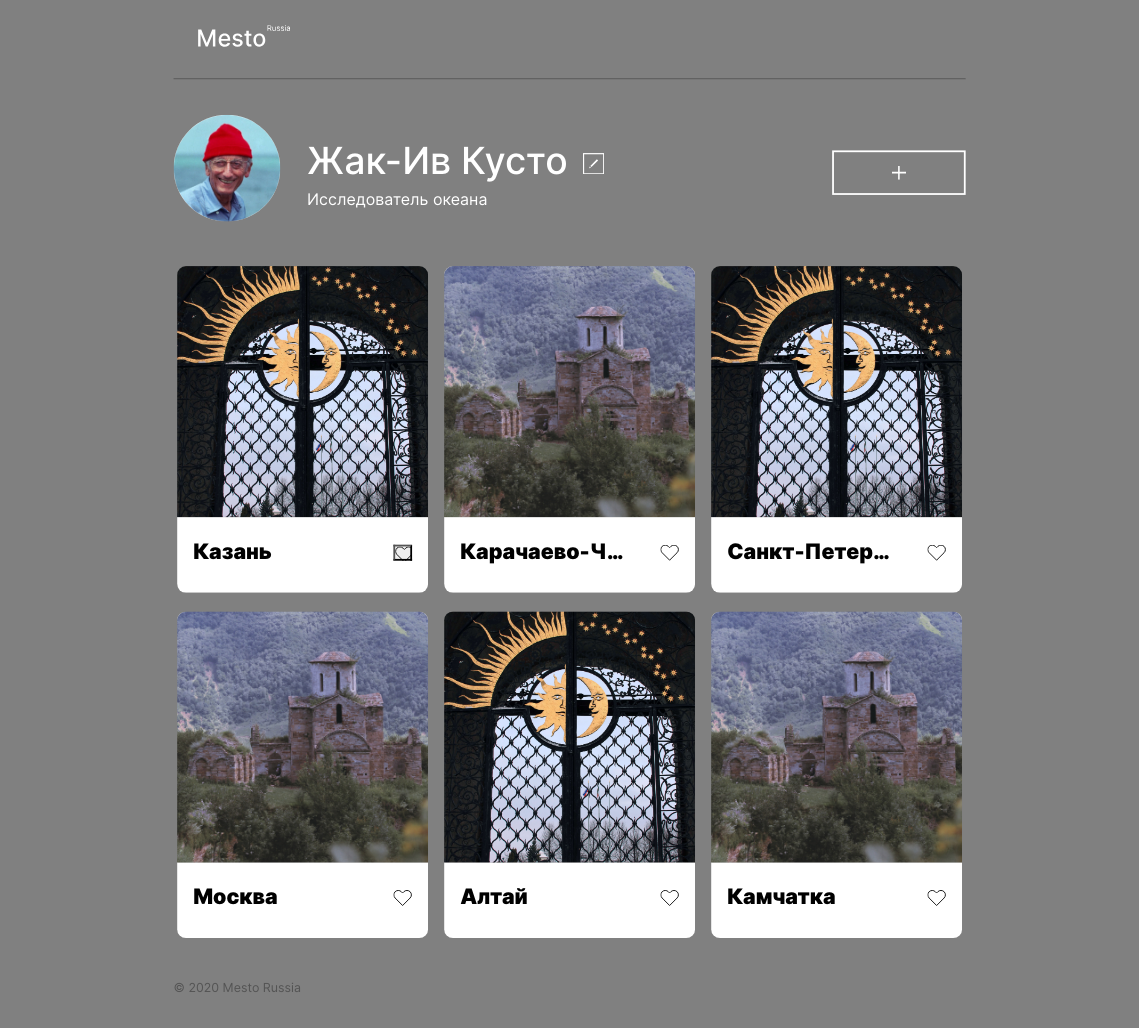
Repository: zajcevakaterina/mesto
Page: index.html
These files come from the project's save history. The page is drawn as it stood at one moment and after the next save; the edit follows.
The browser window is 1280 px wide. The pictures show the whole page, at 89% of full size.

Above is the page before, as saved 2020-05-07 14:16:14.

After the next save:
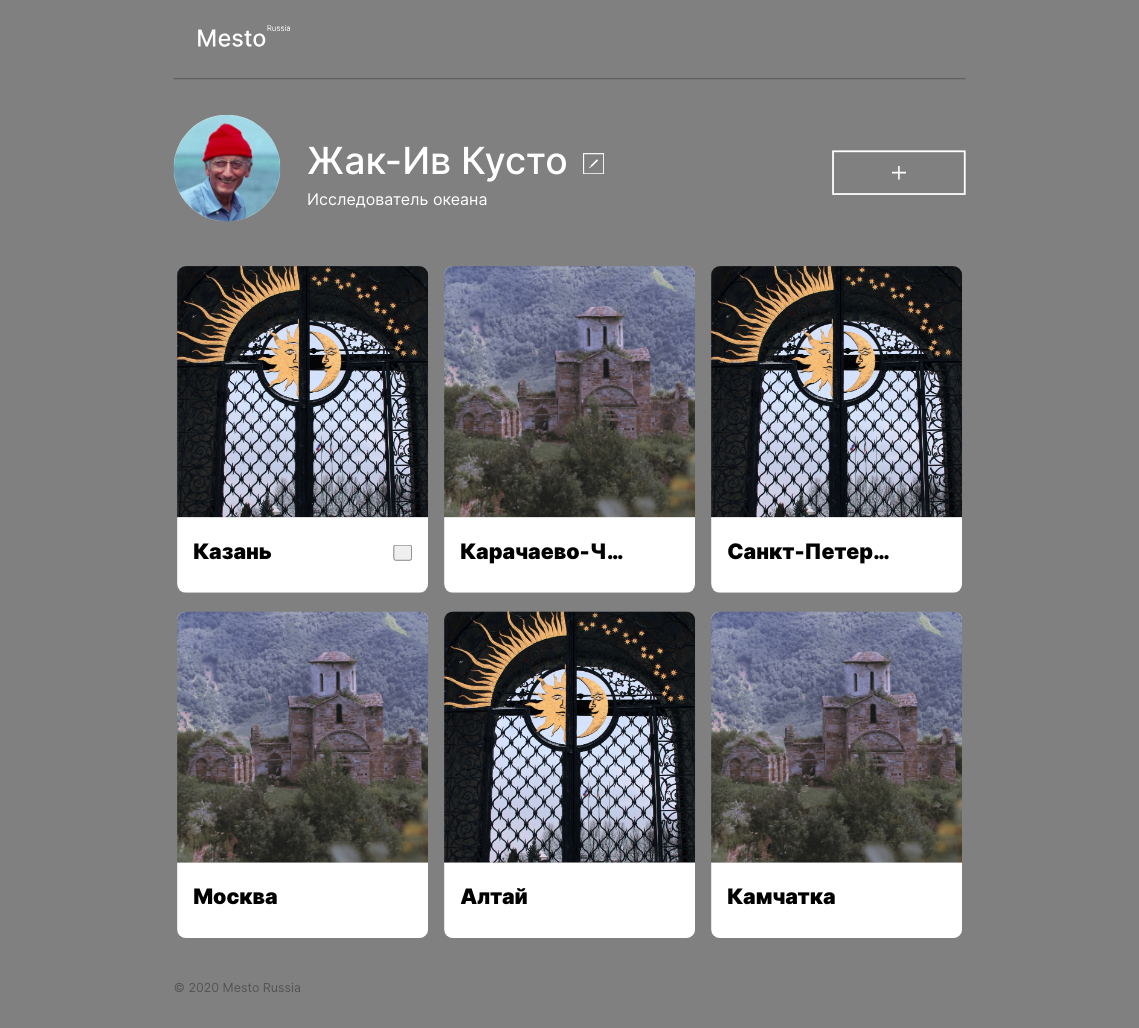
Saved 4 s later.
--- a/blocks/places/__like/places__like.css
+++ b/blocks/places/__like/places__like.css
@@ -1,4 +1,5 @@
 .places__like {
+  bac
   background-image: url(../../../images/places/like.svg);
   width: 21px;
   height: 18px;

After the 3 saves that followed:
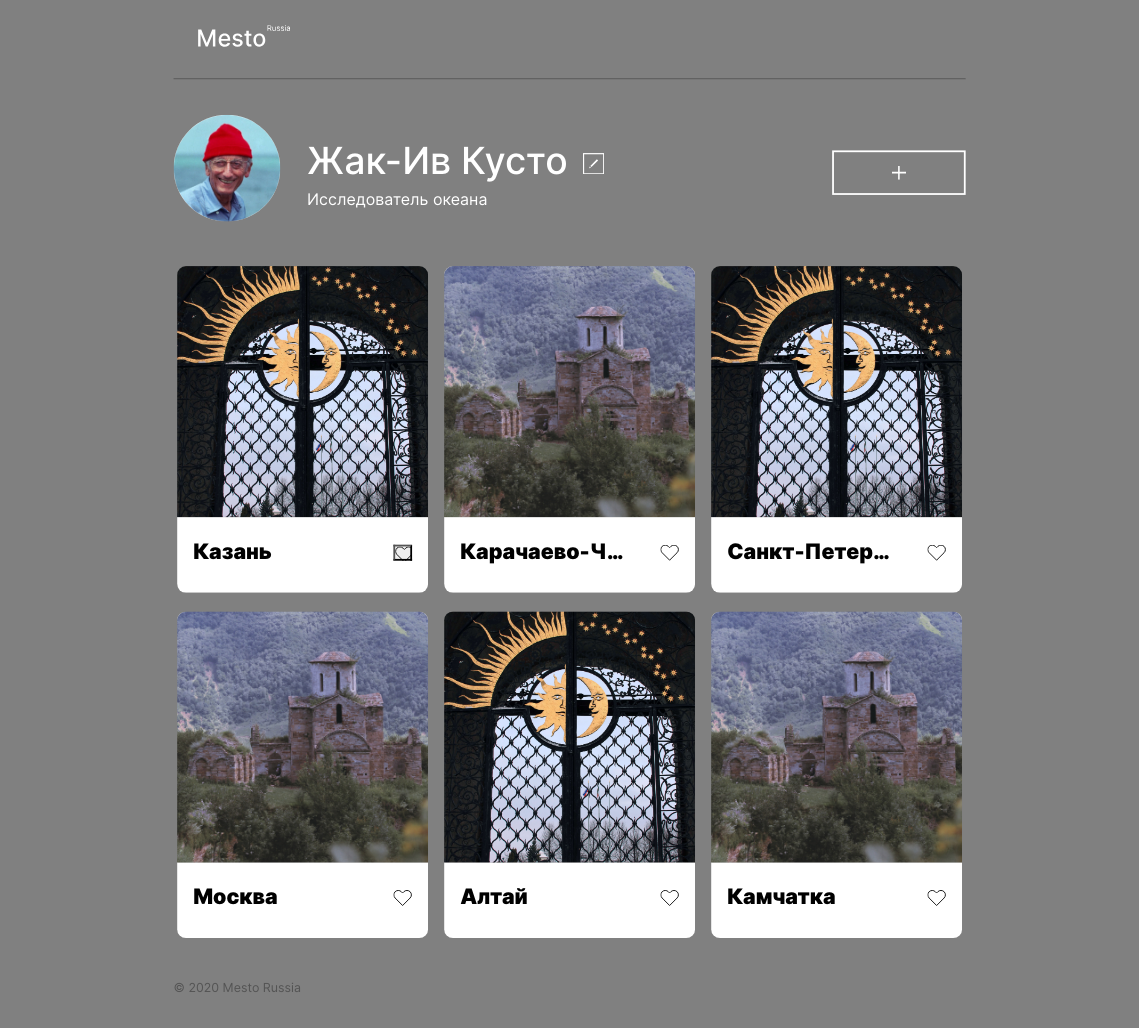
The 3 saves are shown as one change because they came seconds apart.
The last was saved 9 s later.
--- a/blocks/places/__like/places__like.css
+++ b/blocks/places/__like/places__like.css
@@ -1,5 +1,5 @@
 .places__like {
-  bac
+  background-attachment: transparent;
   background-image: url(../../../images/places/like.svg);
   width: 21px;
   height: 18px;
